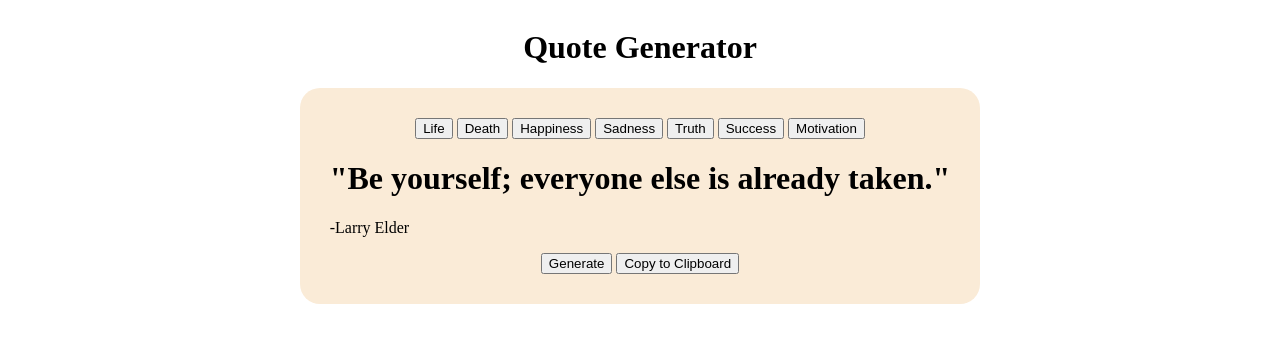
Repository: moehaymanmyint/Random-Quote-Generator
Page: index.html
The author's editor kept a copy of each file at every save. The page is drawn from the files as they stood at one save, then again after the next save.
The browser window is 1280 px wide. The pictures show the whole page.

Above is the page before, as saved 2024-11-05 22:19:35.

After the next save:
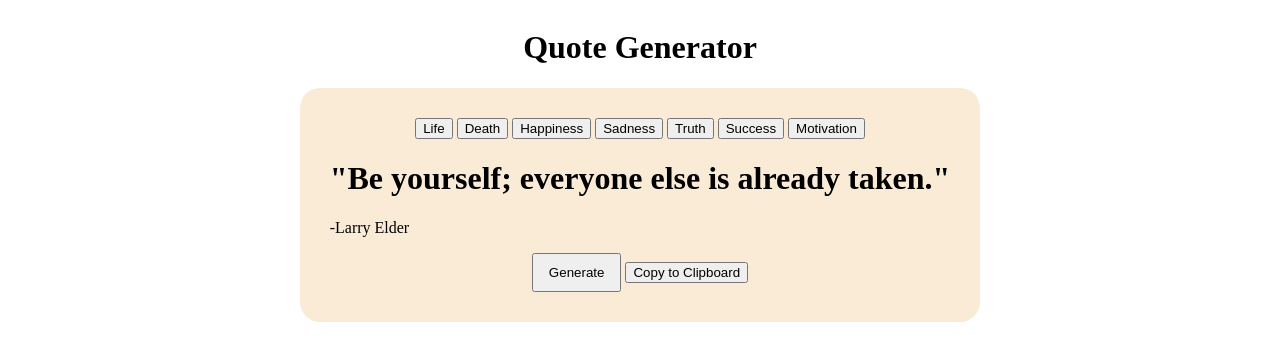
Saved 8 s later.
--- a/index.html
+++ b/index.html
@@ -24,8 +24,8 @@
                 <p>-Larry Elder</p>
             </div>
             <div class="btn">
-                <button>Generate</button>
-                <button>Copy to Clipboard</button>
+                <button class="generate-btn">Generate</button>
+                <button class="copy-btn">Copy to Clipboard</button>
             </div>
         </div>
     </div>
